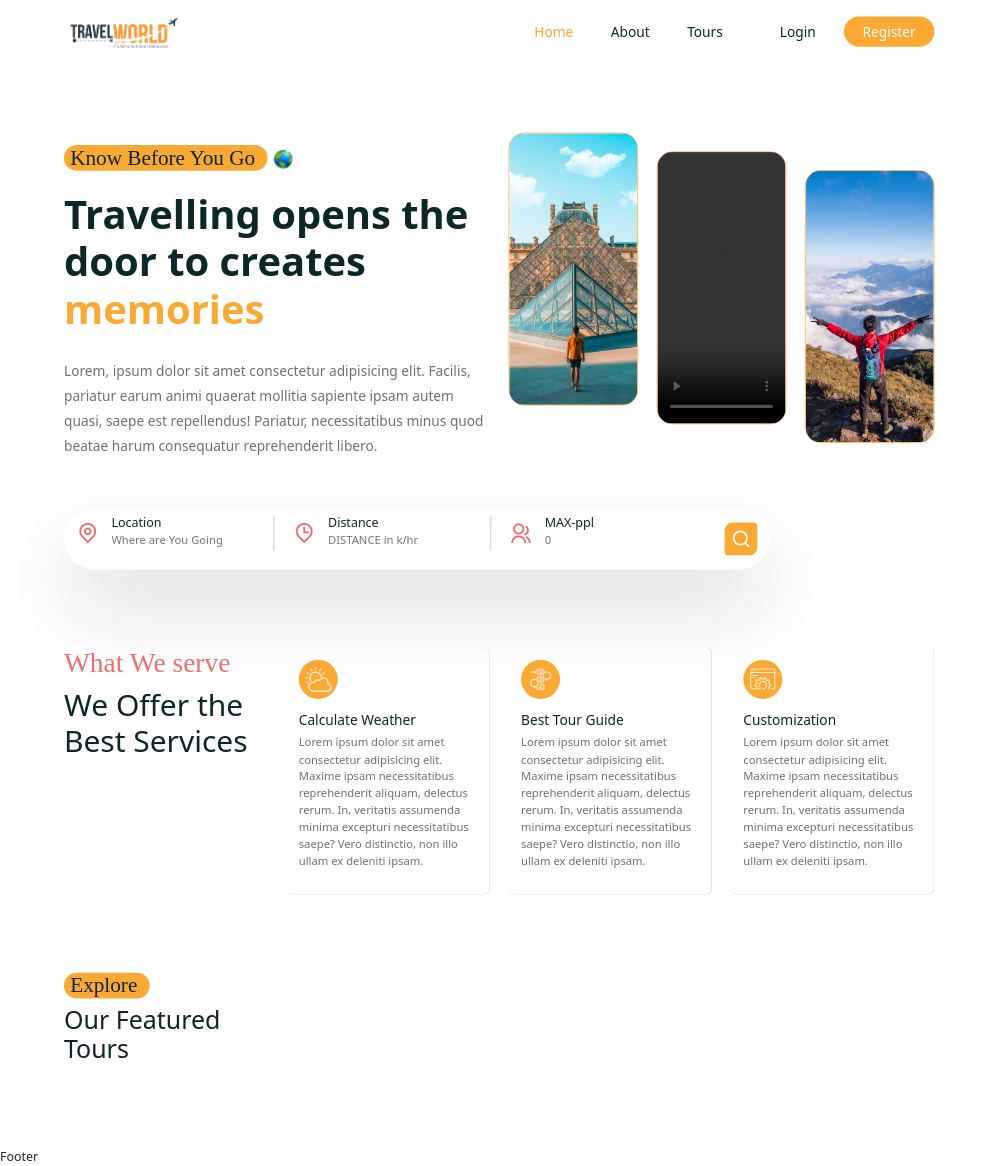
Repository: remydev47/travell-agency
Page: /
These files come from the project's save history. The page is drawn as it stood at one moment and after the next save; the edit follows.
The browser window is 1280 px wide. The pictures show the whole page, at 78% of full size.
Pictures or frames that could not be fetched are drawn as grey boxes. Some web fonts or font styles are not loaded; a fallback is used. The project was rebuilt for these pictures with package versions that can differ from the ones it lists, and the page was loaded fresh each time. Also part of the build but not shown: vite.config.js, src/pages/Login.jsx, src/pages/TourDetails.jsx, src/pages/Tours.jsx, src/pages/SearchResultList.jsx, src/pages/Register.jsx. Imported but missing from the stored project, and not drawn on this page: src/assets/images/hero-video.mp4.

Above is the page before, as saved 2023-02-02 12:12:37.

After the next save:
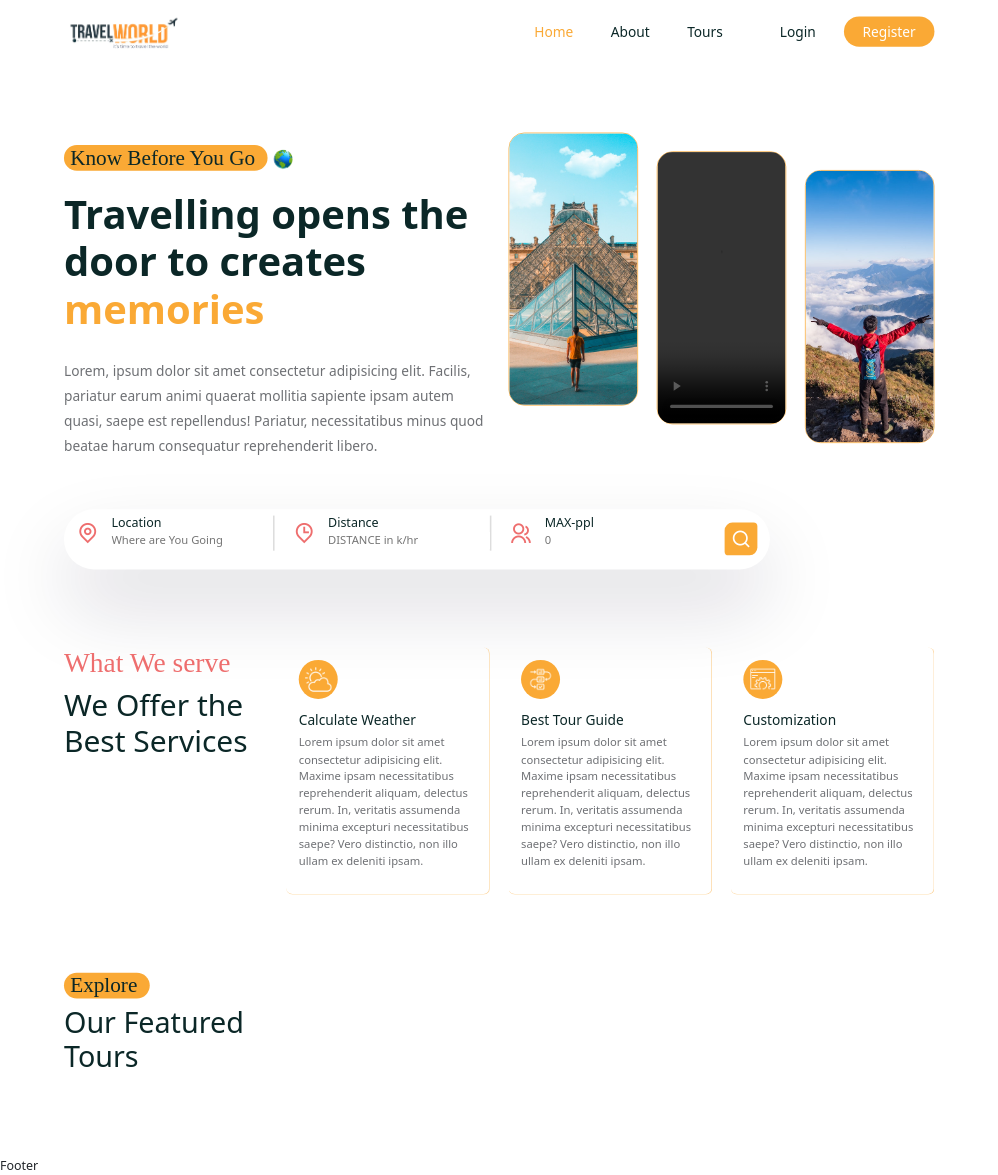
Saved 75 s later.
--- a/src/styles/home.css
+++ b/src/styles/home.css
@@ -49,3 +49,8 @@
     font-size: 2.4rem;
     font-weight: 500;
 }
+
+.featured__tour-title{
+    font-size: 2.3rem;
+    font-weight: 500;
+}
